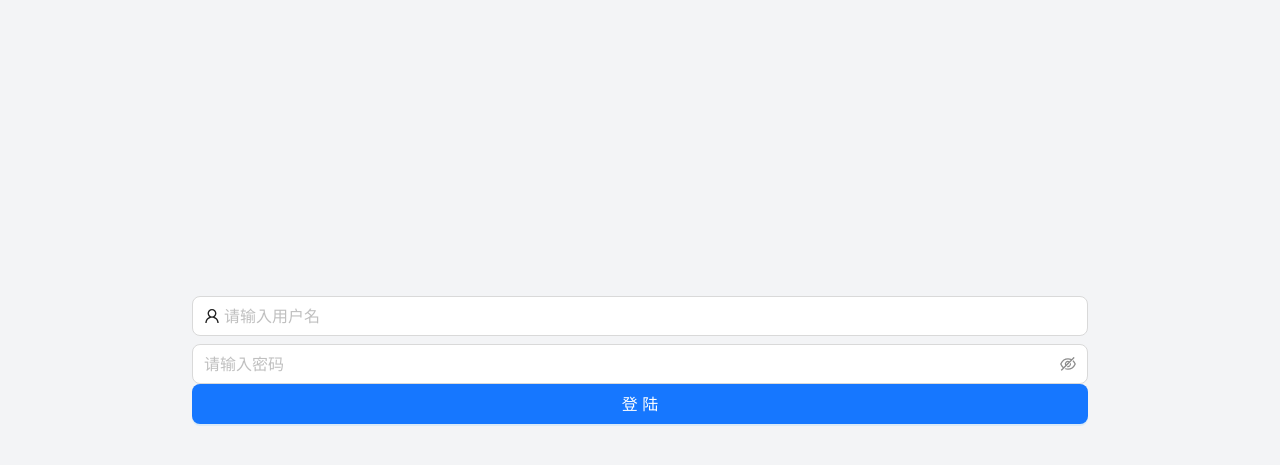
Repository: wujieli0207/tiny-flash-card
Page: /#/login
These files come from the project's save history. The page is drawn as it stood at one moment and after the next save; the edit follows.
The browser window is 1280 px wide. The pictures show the whole page.
The project was rebuilt for these pictures with package versions that can differ from the ones it lists, and the page was loaded fresh each time. Also part of the build but not shown: vite.config.ts.

Above is the page before, as saved 2023-06-11 18:27:21.

After the next save:
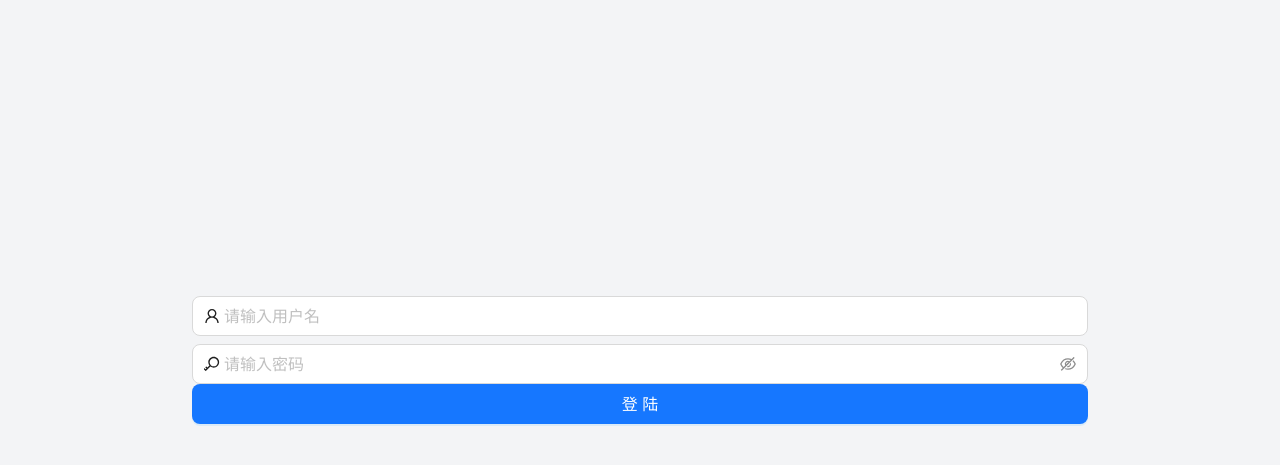
Saved 70 s later.
--- a/src/client/pages/login.tsx
+++ b/src/client/pages/login.tsx
@@ -53,6 +53,7 @@ const Login = () => {
           ref={passwordRef}
           placeholder="请输入密码"
           size="large"
+          prefix={<KeyOutlined />}
           onChange={(e) => setPassword(e.target.value)}
           onKeyUp={(e) => {
             if (e.key === 'Enter') {
